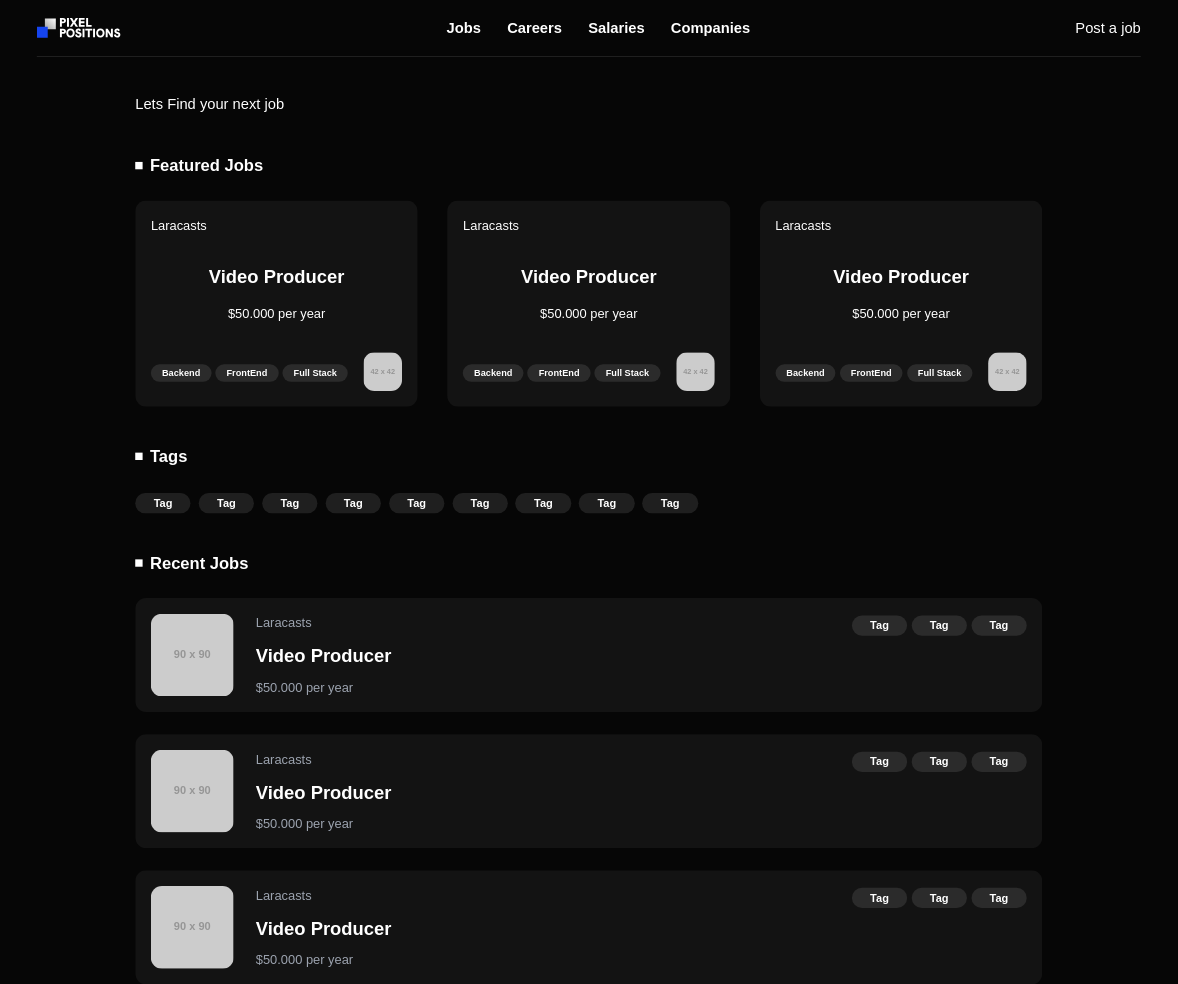
Repository: aggepap/pixel-positions-laravel
Page: http://localhost/
These files come from the project's save history. The page is drawn as it stood at one moment and after a run of saves; the edit follows.
The browser window is 1280 px wide. The pictures show the whole page, at 92% of full size.
Some web fonts or font styles are not loaded; a fallback is used. The page is served by the project's Laravel application, run on PHP 8.4 with Laravel 12. Other server files are loaded and not shown. Style sheets and scripts are compiled from the project's sources, by tool versions that may differ from the author's.

Above is the page before, as saved 2025-02-21 22:38:47.

### resources/views/welcome.blade.php
<x-layout>
    <div class="space-y-10">

        <section>
            <h1>Lets Find your next job</h1>
        </section>

    <section>
      <x-section-heading>Featured Jobs</x-section-heading>
        <div class="grid lg:grid-cols-3 gap-8 mt-6">   <x-job-card />
            <x-job-card />
            <x-job-card />
        </div>

    </section>
    <section>
       <x-section-heading>Tags</x-section-heading>

       <div class="mt-6 space-x-1">
        <x-tag>Tag</x-tag>
        <x-tag>Tag</x-tag>
        <x-tag>Tag</x-tag>
        <x-tag>Tag</x-tag>
        <x-tag>Tag</x-tag>
        <x-tag>Tag</x-tag>
        <x-tag>Tag</x-tag>
        <x-tag>Tag</x-tag>
        <x-tag>Tag</x-tag>
       </div>
    </section>
   <section>
    <x-section-heading>Recent Jobs</x-section-heading>

    <div class="mt-6 space-y-6">
        <x-job-card-wide />
        <x-job-card-wide />
        <x-job-card-wide />
        </div>
    </section>
</div>
</x-layout>

### resources/views/components/section-heading.blade.php
<div class="inline-flex items-center gap-2">
  <span class="w-2 h-2 bg-white inline-block"  ></span>
<h3 class="text-lg font-bold">

  {{$slot}}</h3></div>

### resources/views/components/job-card.blade.php
<x-panel class="flex flex-col text-center">
  <div class="self-start text-sm">Laracasts</div>
     <div class="py-8"><h3 class="group-hover:text-blue-500 transition-colors duration-300 text-xl  font-bold">Video Producer</h3>
     <p class="text-sm mt-4">$50.000 per year</p></div>
  <div class="flex justify-between items-center mt-auto">
      <div class="">
     <x-tag size="small">Backend</x-tag>
     <x-tag size="small">FrontEnd</x-tag>
     <x-tag size="small">Full Stack</x-tag>

  </div>
  <x-employer-logo :width=42></x-employer-logo>

  </div>

</x-panel>

### resources/views/components/tag.blade.php
@props(['size' => 'base'])
@php
  if($size == 'base') {
    $fontSize = 'text-xs';
    $padding = 'px-5 py-1';
  }
  if($size == 'small') {
    $fontSize = 'text-2xs';
    $padding = 'px-3 py-1';
  }
@endphp
<a href="#" class="bg-white/10  rounded-xl {{$fontSize}} {{$padding}} hover:bg-white/25 font-bold  transition-colors duration-300 ">{{$slot}}</a>

### resources/views/components/employer-logo.blade.php
@props(['width' => '90'])

<img src="https://placehold.co/{{$width}}" alt="" class="rounded-xl">

### resources/views/components/panel.blade.php
<div {{$attributes(['class'=>' p-4 bg-white/5 rounded-xl   border border-transparent hover:border-blue-800 transition-colors duration-300 cursor-pointer group'])}}>
{{$slot}}
</div>

### resources/views/components/job-card-wide.blade.php

  <x-panel class="flex gap-x-6">
  <x-employer-logo :width=90></x-employer-logo>
  <div class="flex-1 flex flex-col justify-between">

  <a href="#" class="self-start text-sm text-gray-400">Laracasts</a>
  <h3 class="font-bold text-xl mt-3 group-hover:text-blue-500 ">Video Producer</h3>
  <p class="text-sm text-gray-400 mt-auto">$50.000 per year</p>
</div>

      <div class=" ">
     <x-tag size="base">Tag</x-tag>
     <x-tag>Tag</x-tag>
     <x-tag>Tag</x-tag>

  </div>

</x-panel>

### resources/views/components/layout.blade.php
<!DOCTYPE html>
<html lang="en">
<head>
  <meta charset="UTF-8">
  <meta name="viewport" content="width=device-width, initial-scale=1.0">
  <title>Pixel Positions</title>
  <link rel="preconnect" href="https://fonts.googleapis.com">
<link rel="preconnect" href="https://fonts.gstatic.com" crossorigin>
<link href="https://fonts.googleapis.com/css2?family=Hanken+Grotesk:ital,wght@400;500;600&display=swap" rel="stylesheet">
  @vite(['resources/js/app.js', 'resources/css/app.css'])
</head>
<body class="bg-black text-white font-hanken">
  <div class="px-10">
    <nav class="flex justify-between items-center py-4 border-b border-white/10">
      <div class="">
        <a href="/"> <img src="{{Vite::asset('resources/images/logo.svg')}}" alt="Logo"></a>

      </div>
      <div class="space-x-6 font-bold"><a href="#">Jobs</a>
      <a href="#">Careers</a>
      <a href="#">Salaries</a>
       <a href="#">Companies</a>
      </div>
      <div class=""><a href="#">Post a job</a></div>
    </nav>
    <main class="mt-10 max-w-[986px] mx-auto">{{$slot}}</main>
  </div>
</body>
</html>

### resources/images/logo.svg
<svg width="92" height="29" viewBox="0 0 92 29" fill="none" xmlns="http://www.w3.org/2000/svg">
    <path fill="url(#eq4u6l1jfa)" d="M8.787 4.021h11.877v11.877H8.787z"/>
    <path fill="#1544EF" d="M0 13.107h11.877v11.877H0z"/>
    <path d="M25.16 13V3.653h3.285c2.159 0 3.245.899 3.245 2.75 0 1.863-1.113 2.842-3.245 2.842H27.25V13H25.16zm2.091-5.686h.979c.858 0 1.354-.134 1.354-.885 0-.71-.429-.845-1.354-.845h-.979v1.73zM32.846 13V3.653h2.106V13h-2.106zm2.988 0 3.044-4.64-3.057-4.707h2.521L40.34 6.9l1.998-3.246h2.508L41.788 8.36 44.846 13h-2.521l-1.998-3.124L38.355 13h-2.52zm9.872 0V3.653h6.276v1.931h-4.17v1.61h3.969v1.944h-3.97v1.931h4.17V13h-6.275zm7.936 0V3.653h2.105v7.416h3.836V13h-5.941zM25.16 24.574v-9.347h3.285c2.159 0 3.245.898 3.245 2.75 0 1.863-1.113 2.842-3.245 2.842H27.25v3.755H25.16zm2.091-5.686h.979c.858 0 1.354-.134 1.354-.885 0-.71-.429-.845-1.354-.845h-.979v1.73zm9.367 5.927c-2.71 0-4.573-1.971-4.573-4.908 0-2.95 1.864-4.921 4.573-4.921 2.735 0 4.586 1.957 4.586 4.921 0 2.95-1.878 4.908-4.586 4.908zm0-2.011c1.515 0 2.467-1.113 2.467-2.897 0-1.797-.952-2.91-2.467-2.91-1.502 0-2.468 1.086-2.468 2.91 0 1.81.966 2.897 2.468 2.897zm8.63 1.97c-1.944 0-3.472-1.166-3.754-2.95l2.092-.522c.094 1.1.764 1.609 1.703 1.609.684 0 1.247-.335 1.247-1.046 0-.43-.429-.751-1.65-1.247-1.997-.805-2.721-1.542-2.721-2.977 0-1.556 1.22-2.655 3.057-2.655 1.3 0 2.347.603 2.95 1.81l-1.743 1.086c-.282-.684-.738-1.032-1.274-1.032-.483 0-.885.308-.885.75 0 .456.362.778 1.703 1.301 2.011.778 2.655 1.449 2.655 2.776 0 1.85-1.475 3.098-3.38 3.098zm4.478-.2v-9.347h2.106v9.347h-2.106zm5.724 0v-7.416h-2.736v-1.931h7.59v1.931h-2.722v7.416H55.45zm5.735 0v-9.347h2.105v9.347h-2.105zm7.91.241c-2.71 0-4.573-1.971-4.573-4.908 0-2.95 1.864-4.921 4.573-4.921 2.735 0 4.586 1.957 4.586 4.921 0 2.95-1.878 4.908-4.586 4.908zm0-2.011c1.515 0 2.467-1.113 2.467-2.897 0-1.797-.952-2.91-2.467-2.91-1.502 0-2.468 1.086-2.468 2.91 0 1.81.966 2.897 2.468 2.897zm11.487-7.577h2.105v9.347h-2.159l-3.513-5.726v5.726h-2.106v-9.347h2.146l3.527 5.7v-5.7zm6.848 9.548c-1.945 0-3.473-1.167-3.755-2.95l2.092-.523c.094 1.1.764 1.609 1.703 1.609.684 0 1.247-.335 1.247-1.046 0-.43-.429-.751-1.65-1.247-1.997-.805-2.721-1.542-2.721-2.977 0-1.556 1.22-2.655 3.057-2.655 1.3 0 2.347.603 2.95 1.81l-1.743 1.086c-.282-.684-.738-1.032-1.274-1.032-.483 0-.885.308-.885.75 0 .456.362.778 1.703 1.301 2.011.778 2.655 1.449 2.655 2.776 0 1.85-1.475 3.098-3.38 3.098z" fill="#fff"/>
    <defs>
        <linearGradient id="eq4u6l1jfa" x1="20.5" y1="4" x2="8" y2="16.5" gradientUnits="userSpaceOnUse">
            <stop stop-color="#fff"/>
            <stop offset="1" stop-color="#999"/>
        </linearGradient>
    </defs>
</svg>

### tailwind.config.js
import defaultTheme from "tailwindcss/defaultTheme";

/** @type {import('tailwindcss').Config} */
export default {
    content: [
        "./vendor/laravel/framework/src/Illuminate/Pagination/resources/views/*.blade.php",
        "./storage/framework/views/*.php",
        "./resources/**/*.blade.php",
        "./resources/**/*.js",
        "./resources/**/*.vue",
    ],
    theme: {
        extend: {
            fontFamily: {
                sans: ["Figtree", ...defaultTheme.fontFamily.sans],
            },
            colors: {
                black: "#060606",
            },
            fontFamily: {
                hanken: ["Hanken", "sans-serif"],
            },
            fontSize: {
                "2xs": "0.625rem",
            },
        },
    },
    plugins: [],
};

Loaded but not shown: app/Providers/AppServiceProvider.php (common file); routes/web.php (common file); resources/css/app.css (common file)

After the next 2 saves:
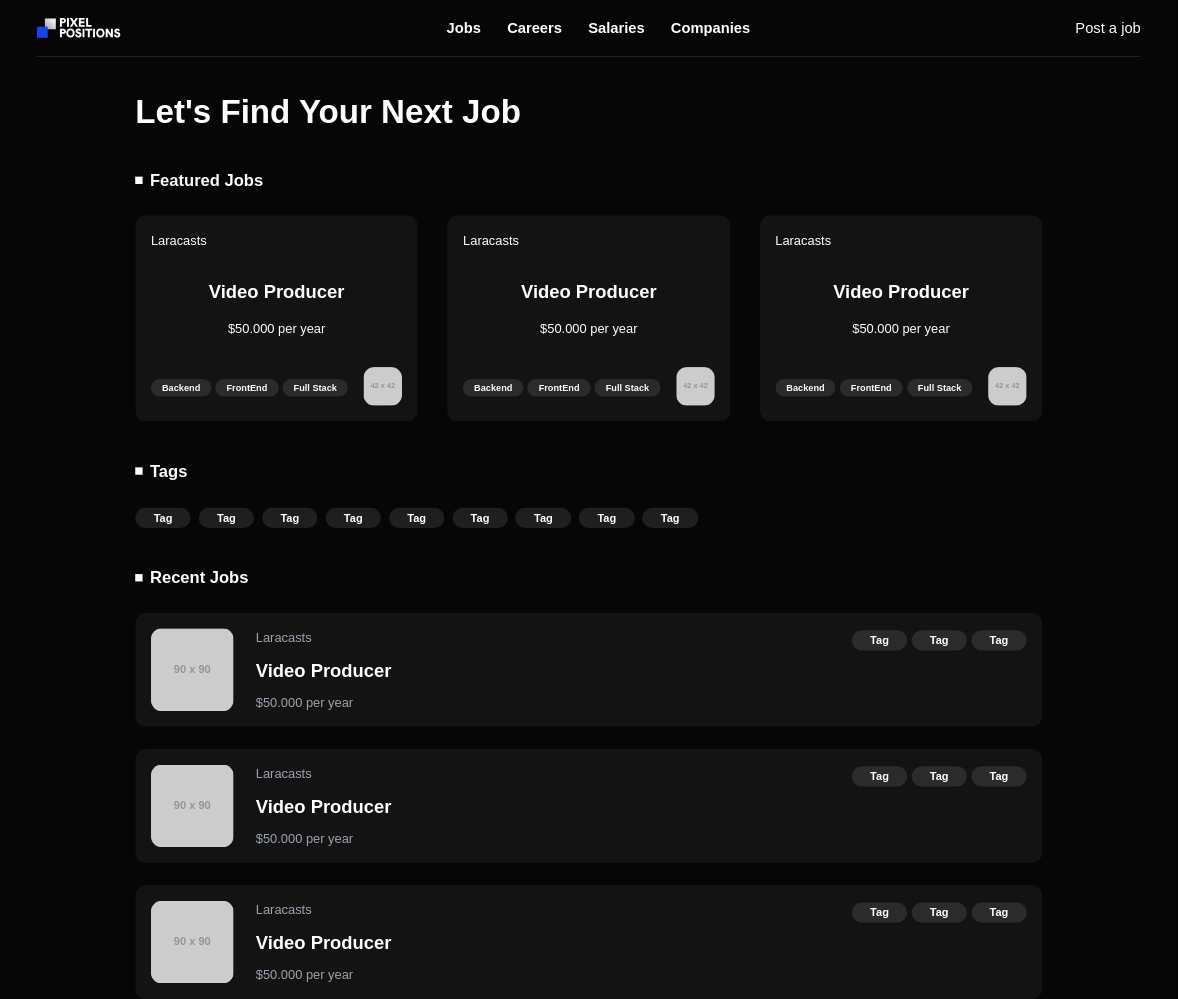
The 2 saves are shown as one change because they came seconds apart.
The last was saved 25 s later.
--- a/resources/views/welcome.blade.php
+++ b/resources/views/welcome.blade.php
@@ -2,7 +2,7 @@
     <div class="space-y-10">
 
         <section>
-            <h1>Lets Find your next job</h1>
+            <h1 class="font-bold text-4xl">Let's Find Your Next Job</h1>
         </section>
 
     <section>
